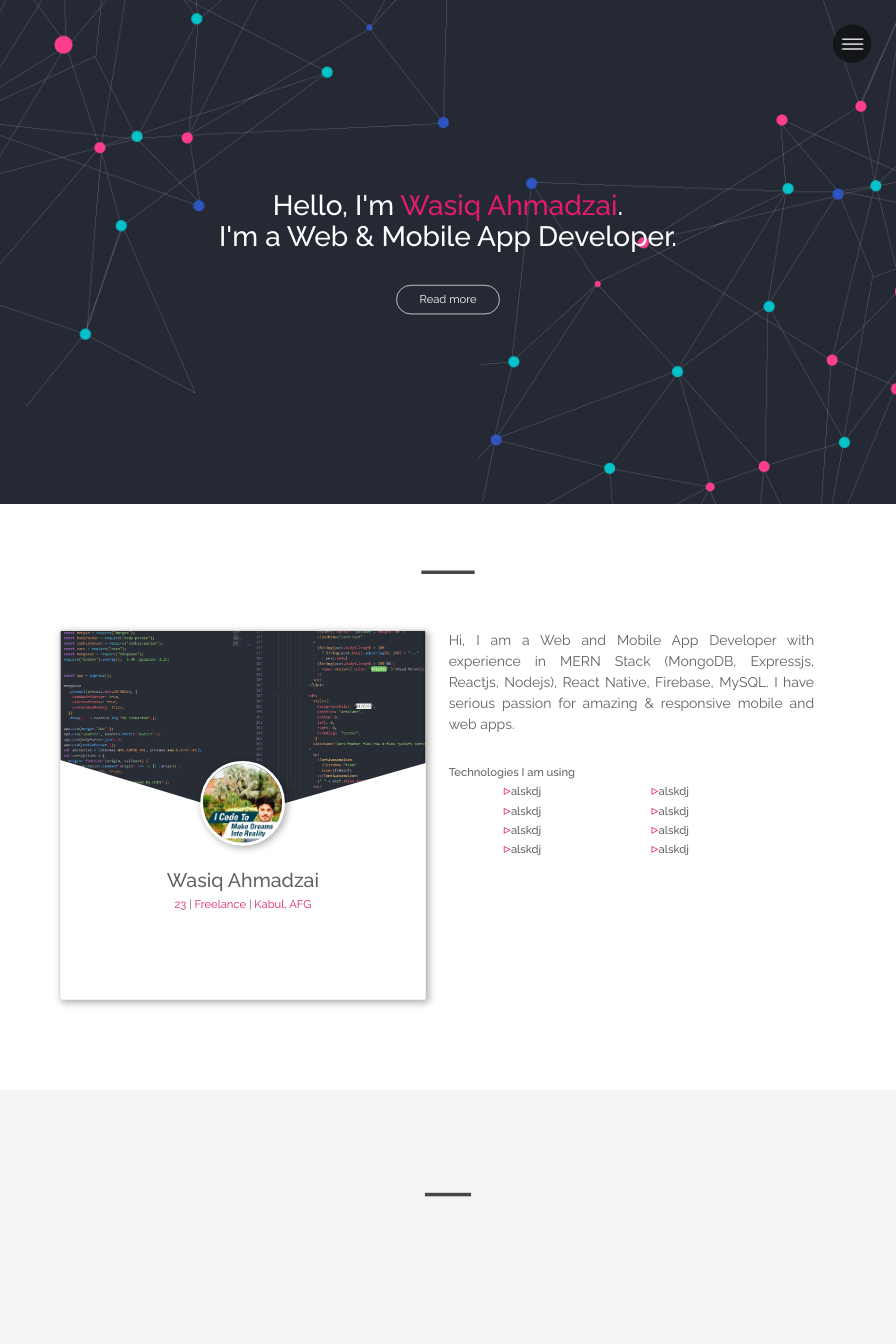
Repository: wasiqkhan/wasiqkhan.github.io
Page: index.html
The author's editor kept a copy of each file at every save. The page is drawn from the files as they stood at one save, then again after the next save.
The browser window is 1280 px wide. The pictures show the part of the page from y = 0 to 1920 px (the page is 5002 px tall), at 70% of full size.
Some web fonts or font styles are not loaded; a fallback is used.

Above is the page before, as saved 2020-11-06 17:47:55.
Not found: js/all.js
Not found: js/app.js
Not found: js/particles.js

After the next save:
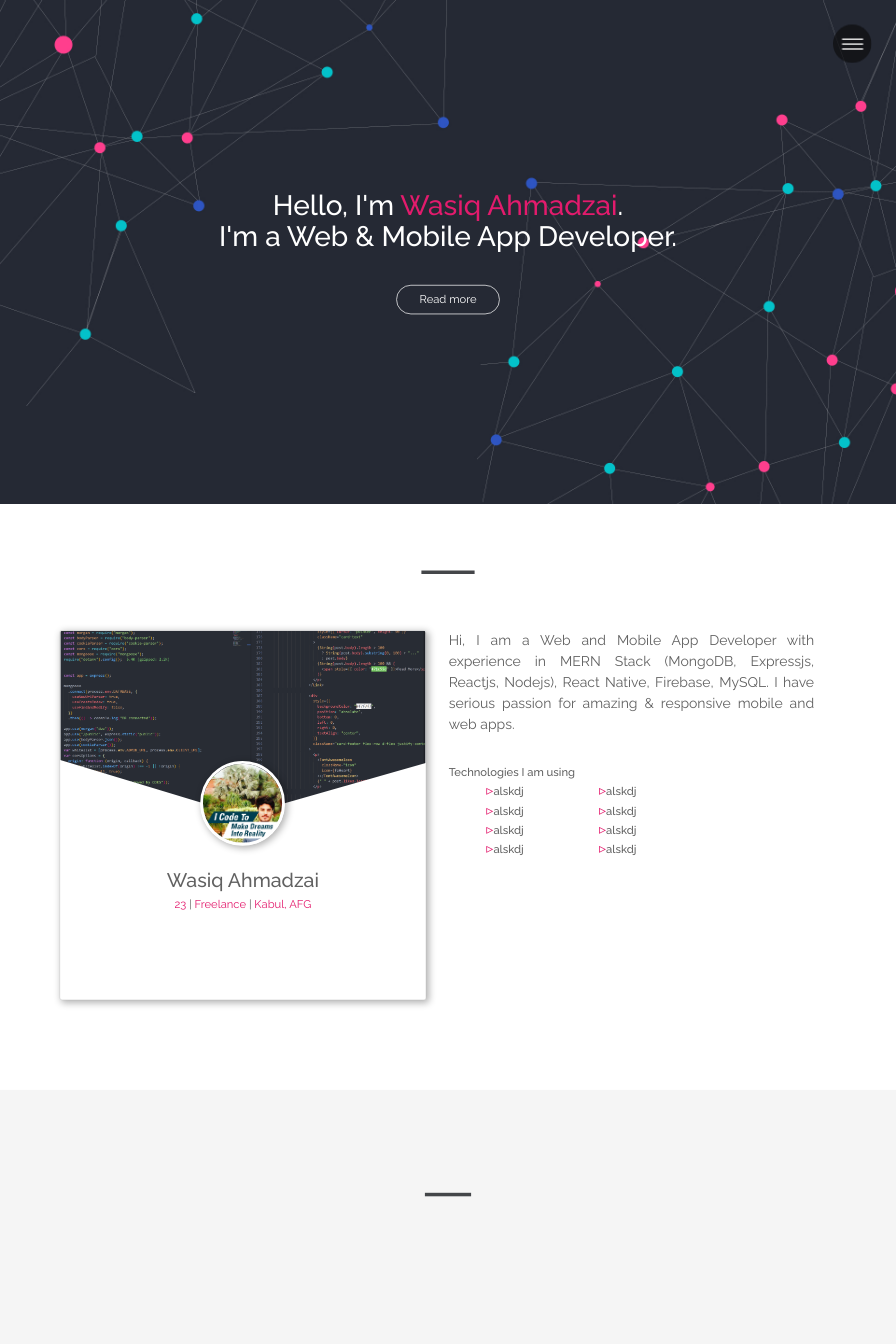
Saved 4 s later.
--- a/css/style.css
+++ b/css/style.css
@@ -445,7 +445,7 @@ a {
 .skill-items {
   display: flex;
   justify-content: flex-start;
-  margin-right: 100px;
+  margin-right: 200px;
   /* padding: 1rem; */
   /* margin-top: 40px; */
 }
